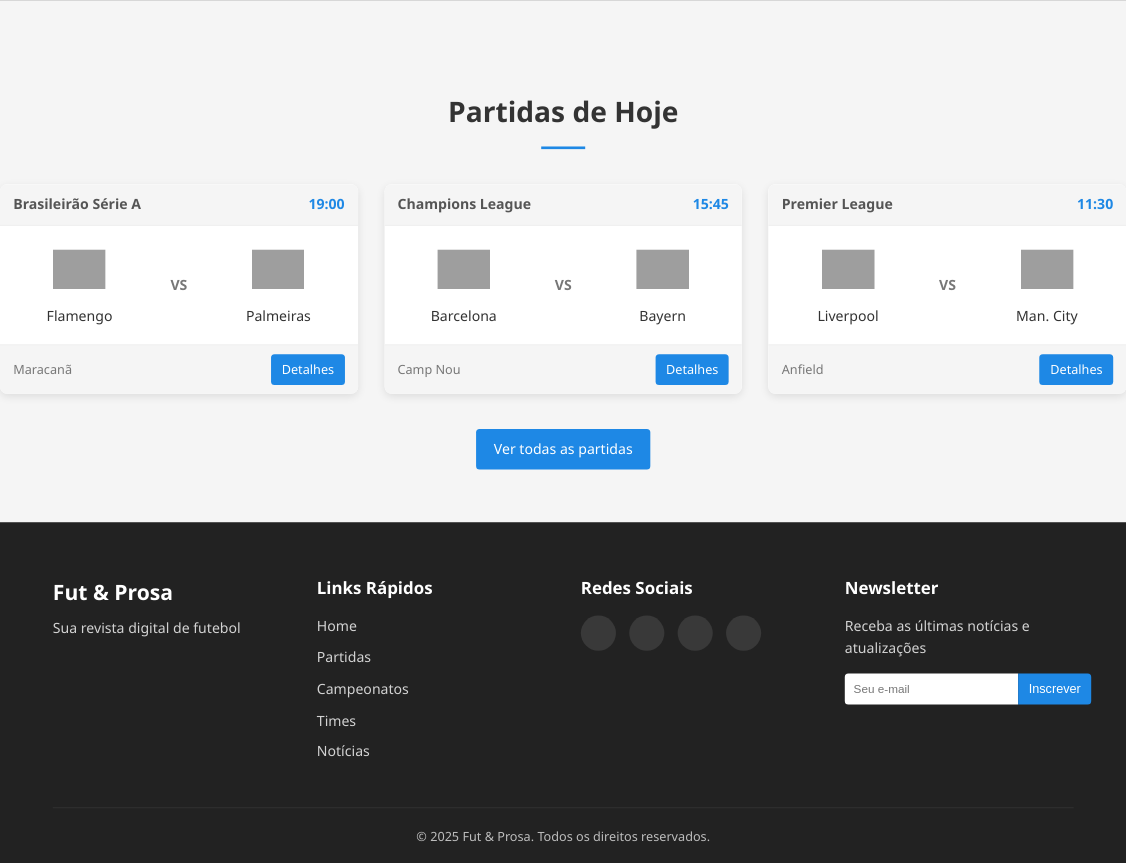
Repository: andreGattermeyer/noticias-futebol-angular
Page: / (app in projeto-fut/)
The author's editor kept a copy of each file at every save. The page is drawn from the files as they stood at one save, then again after the next save.
The browser window is 1280 px wide. The pictures show the part of the page from y = 580 to 1783 px (the page is 1561 px tall before and 1783 px after), at 88% of full size.
Pictures or frames that could not be fetched are drawn as grey boxes. The project was rebuilt for these pictures with package versions that can differ from the ones it lists, and the page was loaded fresh each time. Also part of the build but not shown: projeto-fut/angular.json.

Above is the page before, as saved 2025-04-09 14:43:13.

### projeto-fut/src/index.html
<!doctype html>
<html lang="en">
<head>
  <meta charset="utf-8">
  <title>ProjetoFut</title>
  <base href="/">
  <meta name="viewport" content="width=device-width, initial-scale=1">
  <link rel="icon" type="image/x-icon" href="favicon.ico">
  <link href="https://fonts.googleapis.com/css2?family=Roboto:wght@300;400;500&display=swap" rel="stylesheet">
  <link href="https://fonts.googleapis.com/icon?family=Material+Icons" rel="stylesheet">
</head>
<body class="mat-typography">
  <app-root></app-root>
</body>
</html>

### projeto-fut/src/styles.css
/* You can add global styles to this file, and also import other style files */
* {
  margin: 0;
  padding: 0;
  box-sizing: border-box;
}

body {
  font-family: 'Segoe UI', Tahoma, Geneva, Verdana, sans-serif;
  line-height: 1.6;
  color: #333;
  background-color: #f5f5f5;
}



  a {
    text-decoration: none;
    color: inherit;
  }

  ul {
    list-style: none;
  }

  img {
    max-width: 100%;
  }

  .btn {
    display: inline-block;
    background-color: #1e88e5;
    color: white;
    padding: 10px 20px;
    border-radius: 4px;
    transition: background-color 0.3s;
  }

  .btn:hover {
    background-color: #1565c0;
  }

  .btn-small {
    display: inline-block;
    background-color: #1e88e5;
    color: white;
    padding: 6px 12px;
    border-radius: 4px;
    font-size: 0.9rem;
    transition: background-color 0.3s;
  }

  .btn-small:hover {
    background-color: #1565c0;
  }







  /* Responsive adjustments */
  @media (max-width: 768px) {
    .hero-container {
        height: 400px;
    }

    .hero-overlay h2 {
        font-size: 2.2rem;
    }

    .hero-overlay p {
        font-size: 1rem;
    }
  }

  @media (max-width: 480px) {
    .hero-container {
        height: 350px;
    }

    .hero-overlay h2 {
        font-size: 1.8rem;
    }
  }

  .partidas-hoje {
    padding: 60px 0;
  }

  .partidas-hoje h2, .campeonatos-destaque h2, .noticias-recentes h2 {
    text-align: center;
    margin-bottom: 40px;
    font-size: 2rem;
    color: #333;
    position: relative;
  }

  .partidas-hoje h2:after, .campeonatos-destaque h2:after, .noticias-recentes h2:after {
    content: '';
    display: block;
    width: 50px;
    height: 3px;
    background-color: #1e88e5;
    margin: 15px auto 0;
  }

  .partidas-grid {
    display: grid;
    grid-template-columns: repeat(auto-fill, minmax(300px, 1fr));
    gap: 30px;
  }

  .partida-card {
    background-color: white;
    border-radius: 8px;
    overflow: hidden;
    box-shadow: 0 3px 10px rgba(0, 0, 0, 0.1);
    transition: transform 0.3s;
  }

  .partida-card:hover {
    transform: translateY(-5px);
  }

  .partida-header {
    background-color: #f5f5f5;
    padding: 10px 15px;
    display: flex;
    justify-content: space-between;
    align-items: center;
    border-bottom: 1px solid #eee;
  }

  .campeonato {
    font-weight: bold;
    color: #555;
  }

  .horario {
    color: #1e88e5;
    font-weight: bold;
  }

  .partida-times {
    display: flex;
    justify-content: space-between;
    align-items: center;
    padding: 20px 15px;
  }

  .time {
    display: flex;
    flex-direction: column;
    align-items: center;
    width: 40%;
  }

  .time img {
    width: 60px;
    height: 60px;
    object-fit: contain;
    margin-bottom: 10px;
  }

  .versus {
    font-weight: bold;
    color: #777;
  }

  .partida-footer {
    background-color: #f5f5f5;
    padding: 10px 15px;
    display: flex;
    justify-content: space-between;
    align-items: center;
    border-top: 1px solid #eee;
  }

  .estadio {
    color: #777;
    font-size: 0.9rem;
  }

  .ver-mais {
    text-align: center;
    margin-top: 40px;
  }

  /* Campeonatos Section */
  .campeonatos-destaque {
    padding: 60px 0;
    background-color: #e9f0f7;
  }

  .campeonatos-grid {
    display: grid;
    grid-template-columns: repeat(auto-fill, minmax(250px, 1fr));
    gap: 30px;
  }

  .campeonato-card {
    background-color: white;
    border-radius: 8px;
    overflow: hidden;
    box-shadow: 0 3px 10px rgba(0, 0, 0, 0.1);
    text-align: center;
    padding-bottom: 20px;
    transition: transform 0.3s;
  }

  .campeonato-card:hover {
    transform: translateY(-5px);
  }

  .campeonato-card img {
    width: 100%;
    height: 150px;
    object-fit: cover;
  }

  .campeonato-card h3 {
    margin: 15px 0 10px;
    color: #333;
  }

  .campeonato-card p {
    color: #777;
    font-size: 0.9rem;
    padding: 0 15px;
    margin-bottom: 15px;
  }

  /* Notícias Section */
  .noticias-recentes {
    padding: 60px 0;
  }

  .noticias-grid {
    display: grid;
    grid-template-columns: repeat(auto-fill, minmax(350px, 1fr));
    gap: 30px;
  }

  .noticia-card {
    background-color: white;
    border-radius: 8px;
    overflow: hidden;
    box-shadow: 0 3px 10px rgba(0, 0, 0, 0.1);
    transition: transform 0.3s;
  }

  .noticia-card:hover {
    transform: translateY(-5px);
  }

  .noticia-card img {
    width: 100%;
    height: 200px;
    object-fit: cover;
  }

  .noticia-content {
    padding: 20px;
  }

  .categoria {
    display: inline-block;
    background-color: #1e88e5;
    color: white;
    padding: 3px 10px;
    border-radius: 3px;
    font-size: 0.8rem;
    margin-bottom: 10px;
  }

  .noticia-content h3 {
    margin-bottom: 10px;
    color: #333;
  }

  .noticia-content p {
    color: #777;
    margin-bottom: 15px;
    font-size: 0.95rem;
  }

  /* Footer */


  /* Responsividade */
  @media (max-width: 768px) {
    header .container {
        flex-direction: column;
    }

    .logo {
        margin-bottom: 15px;
        text-align: center;
    }

    nav ul {
        justify-content: center;
    }

    nav ul li {
        margin: 0 10px;
    }

    .hero {
        padding: 60px 0;
    }

    .hero h2 {
        font-size: 2rem;
    }

    .partidas-grid, .campeonatos-grid, .noticias-grid {
        grid-template-columns: 1fr;
    }

    .footer-content {
        grid-template-columns: 1fr;
        text-align: center;
    }

    .social-icons {
        justify-content: center;
    }

    .footer-newsletter form {
        flex-direction: column;
    }

    .footer-newsletter input {
        border-radius: 4px;
        margin-bottom: 10px;
    }

    .footer-newsletter button {
        border-radius: 4px;
    }
  }




  /* Add padding to body to prevent content from hiding behind fixed header */
  body {
    padding-top: 80px; /* Adjust this value based on your header height */
  }

### projeto-fut/src/app/app.component.ts
import { Component } from '@angular/core';
import { RouterOutlet } from '@angular/router';
import { HeaderComponent } from "./header/header.component";
import { FooterComponent } from "./footer/footer.component";
import { HeroComponent } from "./hero/hero.component";
import { PartidasHojeComponent } from "./partidas-hoje/partidas-hoje.component";

@Component({
  selector: 'app-root',
  imports: [RouterOutlet, HeaderComponent, FooterComponent, HeroComponent, PartidasHojeComponent],
  templateUrl: './app.component.html',
  styleUrl: './app.component.css'
})
export class AppComponent {
  title = 'projeto-fut';
}

### projeto-fut/src/app/app.component.html
<div class="container">

<router-outlet>

<app-header/>
<app-hero/>
<app-partidas-hoje/>

<app-footer/>
</router-outlet>

</div>

### projeto-fut/src/app/header/header.component.ts
import { Component } from '@angular/core';
import { RouterOutlet } from '@angular/router';

@Component({
  selector: 'app-header',
  imports: [
    RouterOutlet,

  ],
  templateUrl: './header.component.html',
  styleUrl: './header.component.css'
})
export class HeaderComponent {

}

### projeto-fut/src/app/footer/footer.component.ts
import { Component } from '@angular/core';


@Component({
  selector: 'app-footer',
  imports: [],
  templateUrl: './footer.component.html',
  styleUrl: './footer.component.css'
})
export class FooterComponent {

}

### projeto-fut/src/app/partidas-hoje/partidas-hoje.component.ts
import { Component } from '@angular/core';

@Component({
  selector: 'app-partidas-hoje',
  imports: [],
  templateUrl: './partidas-hoje.component.html',
  styleUrl: './partidas-hoje.component.css'
})
export class PartidasHojeComponent {

}

### projeto-fut/src/app/header/header.component.html

<header>
  <div class="container">
  <div class="logo">
      <h1>Fut & Prosa</h1>
      <p>Sua revista digital de futebol</p>
  </div>
  <nav>
      <ul>
          <li><a href="index.html" class="active">Home</a></li>
          <li><a href="partidas.html">Partidas</a></li>
          <li><a href="campeonatos.html">Campeonatos</a></li>
          <li><a href="times.html">Times</a></li>
          <li><a href="noticias.html">Notícias</a></li>
      </ul>
  </nav>
</div>
</header>

### projeto-fut/src/app/header/header.component.css
header {
  position: fixed;
  top: 0;
  left: 0;
  width: 100%;
  background-color: #1e88e5; /* Changed back to your original blue color */
  color: white;
  box-shadow: 0 2px 10px rgba(0, 0, 0, 0.2);
  z-index: 1000;
  transition: all 0.3s ease;
}

.container {
  max-width: 1200px;
  margin: 0 auto;
  padding: 0 20px;
}

header .container {
  display: flex;
  justify-content: space-between;
  align-items: center;
}

.logo h1 {
  font-size: 1.8rem;
  margin-bottom: 5px;
}

.logo p {
  font-size: 0.9rem;
  opacity: 0.9;
}

nav ul {
  display: flex;
  list-style: none;
}

nav ul li {
  margin-left: 20px;
}

nav ul li a {
  padding: 5px 10px;
  border-radius: 4px;
  transition: background-color 0.3s;

}

nav ul li a:hover, nav ul li a.active {
  background-color: rgba(255, 255, 255, 0.2);
}

### projeto-fut/src/app/footer/footer.component.html
<footer>
  <div class="container">
    <div class="footer-content">
      <div class="footer-logo">
        <h2>Fut & Prosa</h2>
        <p>Sua revista digital de futebol</p>
      </div>
      <div class="footer-links">
        <h3>Links Rápidos</h3>
        <ul>
          <li><a href="index.html">Home</a></li>
          <li><a href="partidas.html">Partidas</a></li>
          <li><a href="campeonatos.html">Campeonatos</a></li>
          <li><a href="times.html">Times</a></li>
          <li><a href="noticias.html">Notícias</a></li>
        </ul>
      </div>
      <div class="footer-social">
        <h3>Redes Sociais</h3>
        <div class="social-icons">
          <a href="#"><i class="fab fa-facebook"></i></a>
          <a href="#"><i class="fab fa-twitter"></i></a>
          <a href="#"><i class="fab fa-instagram"></i></a>
          <a href="#"><i class="fab fa-youtube"></i></a>
        </div>
      </div>
      <div class="footer-newsletter">
        <h3>Newsletter</h3>
        <p>Receba as últimas notícias e atualizações</p>
        <form id="newsletter-form">
          <input type="email" name="email" id="newsletter-email" placeholder="Seu e-mail" required>
          <button type="submit" class="btn-small">Inscrever</button>
        </form>
        <div id="newsletter-message"></div>
      </div>
    </div>
    <div class="footer-bottom">
      <p>&copy; 2025 Fut & Prosa. Todos os direitos reservados.</p>
    </div>
  </div>
</footer>

### projeto-fut/src/app/footer/footer.component.css
footer {
  background-color: #222;
  color: white;
  padding: 60px 0 20px;
}

.footer-content {
  display: grid;
  grid-template-columns: repeat(auto-fit, minmax(200px, 1fr));
  gap: 40px;
  margin-bottom: 40px;
}

.footer-logo h2 {
  font-size: 1.5rem;
  margin-bottom: 10px;
}

.footer-logo p {
  opacity: 0.8;
}

.footer-links h3, .footer-social h3, .footer-newsletter h3 {
  margin-bottom: 15px;
  font-size: 1.2rem;
}

.footer-links ul li {
  margin-bottom: 10px;

}

.footer-links ul li a {
  opacity: 0.8;
  transition: opacity 0.3s;
  text-decoration: none;
}

.footer-links ul li a:hover {
  opacity: 1;
}

.social-icons {
  display: flex;
  gap: 15px;
}

.social-icons a {
  display: inline-block;
  width: 40px;
  height: 40px;
  background-color: rgba(255, 255, 255, 0.1);
  border-radius: 50%;
  display: flex;
  align-items: center;
  justify-content: center;
  transition: background-color 0.3s;
}

.social-icons a:hover {
  background-color: #1e88e5;
}

.footer-newsletter p {
  margin-bottom: 15px;
  opacity: 0.8;
}

.footer-newsletter form {
  display: flex;
}

.footer-newsletter input {
  flex: 1;
  padding: 10px;
  border: none;
  border-radius: 4px 0 0 4px;
}

.footer-newsletter button {
  border: none;
  border-radius: 0 4px 4px 0;
  cursor: pointer;

}

.footer-bottom {
  text-align: center;
  padding-top: 20px;
  border-top: 1px solid rgba(255, 255, 255, 0.1);
  opacity: 0.7;
  font-size: 0.9rem;
}

.container {
  max-width: 1200px;
  margin: 0 auto;
  padding: 0 20px;
}

### projeto-fut/src/app/hero/hero.component.html
<section class="hero">
  <div class="hero-container">
      <img src="/projeto-fut/public/assets/aleatorio/foto-campo-01.jpg" alt="Campo de futebol" class="hero-image">
      <div class="hero-overlay">
          <h2>Acompanhe o melhor do futebol</h2>
          <p>Partidas, campeonatos, escalações e análises completas</p>
          <a href="partidas.html" class="btn">Ver partidas de hoje</a>
      </div>
  </div>
</section>

### projeto-fut/src/app/hero/hero.component.css
.hero {
  width: 100%;
  margin-bottom: 40px;
}

.hero-container {
  position: relative;
  width: 100%;
  height: 500px;
  overflow: hidden;
}

.hero-image {
  width: 100%;
  height: 100%;
  object-fit: cover;
}

.hero-overlay {
  position: absolute;
  top: 0;
  left: 0;
  width: 100%;
  height: 100%;
  background: rgba(0, 0, 0, 0.6);
  display: flex;
  flex-direction: column;
  justify-content: center;
  align-items: center;
  text-align: center;
  color: white;
  padding: 0 20px;
}

.hero-overlay h2 {
  font-size: 2.8rem;
  margin-bottom: 20px;
  text-shadow: 2px 2px 4px rgba(0, 0, 0, 0.5);
}

.hero-overlay p {
  font-size: 1.2rem;
  margin-bottom: 30px;
  max-width: 700px;
  text-shadow: 1px 1px 3px rgba(0, 0, 0, 0.5);
}

.hero-overlay .btn {
  padding: 12px 30px;
  font-size: 1.1rem;
  background-color: #1e88e5;
  color: white;
  text-decoration: none;
  border-radius: 4px;
  transition: all 0.3s ease;
}

.hero-overlay .btn:hover {
  background-color: #1565c0;
  transform: translateY(-3px);
  box-shadow: 0 5px 15px rgba(0, 0, 0, 0.2);
}

### projeto-fut/src/app/partidas-hoje/partidas-hoje.component.html
<section class="partidas-hoje">
  <div class="container">
      <h2>Partidas de Hoje</h2>
      <div class="partidas-grid">
          <div class="partida-card">
              <div class="partida-header">
                  <span class="campeonato">Brasileirão Série A</span>
                  <span class="horario">19:00</span>
              </div>
              <div class="partida-times">
                  <div class="time">
                      <img src="img/flamengo.png" alt="Flamengo">
                      <span>Flamengo</span>
                  </div>
                  <div class="versus">VS</div>
                  <div class="time">
                      <img src="img/palmeiras.png" alt="Palmeiras">
                      <span>Palmeiras</span>
                  </div>
              </div>
              <div class="partida-footer">
                  <span class="estadio">Maracanã</span>
                  <a href="partida-detalhe.html" class="btn-small">Detalhes</a>
              </div>
          </div>

          <div class="partida-card">
              <div class="partida-header">
                  <span class="campeonato">Champions League</span>
                  <span class="horario">15:45</span>
              </div>
              <div class="partida-times">
                  <div class="time">
                      <img src="img/barcelona.png" alt="Barcelona">
                      <span>Barcelona</span>
                  </div>
                  <div class="versus">VS</div>
                  <div class="time">
                      <img src="img/bayern.png" alt="Bayern">
                      <span>Bayern</span>
                  </div>
              </div>
              <div class="partida-footer">
                  <span class="estadio">Camp Nou</span>
                  <a href="partida-detalhe.html" class="btn-small">Detalhes</a>
              </div>
          </div>

          <div class="partida-card">
              <div class="partida-header">
                  <span class="campeonato">Premier League</span>
                  <span class="horario">11:30</span>
              </div>
              <div class="partida-times">
                  <div class="time">
                      <img src="img/liverpool.png" alt="Liverpool">
                      <span>Liverpool</span>
                  </div>
                  <div class="versus">VS</div>
                  <div class="time">
                      <img src="img/mancity.png" alt="Man. City">
                      <span>Man. City</span>
                  </div>
              </div>
              <div class="partida-footer">
                  <span class="estadio">Anfield</span>
                  <a href="partida-detalhe.html" class="btn-small">Detalhes</a>
              </div>
          </div>
      </div>
      <div class="ver-mais">
          <a href="partidas.html" class="btn">Ver todas as partidas</a>
      </div>
  </div>
</section>

Loaded but not shown: projeto-fut/src/main.ts (common file); projeto-fut/src/app/app.config.ts (common file); projeto-fut/src/app/app.routes.ts (common file); projeto-fut/src/app/hero/hero.component.ts (common file); projeto-fut/src/app/app.component.css (no stored copy; drawn as an empty file); projeto-fut/src/app/partidas-hoje/partidas-hoje.component.css (no stored copy; drawn as an empty file)

After the next save:
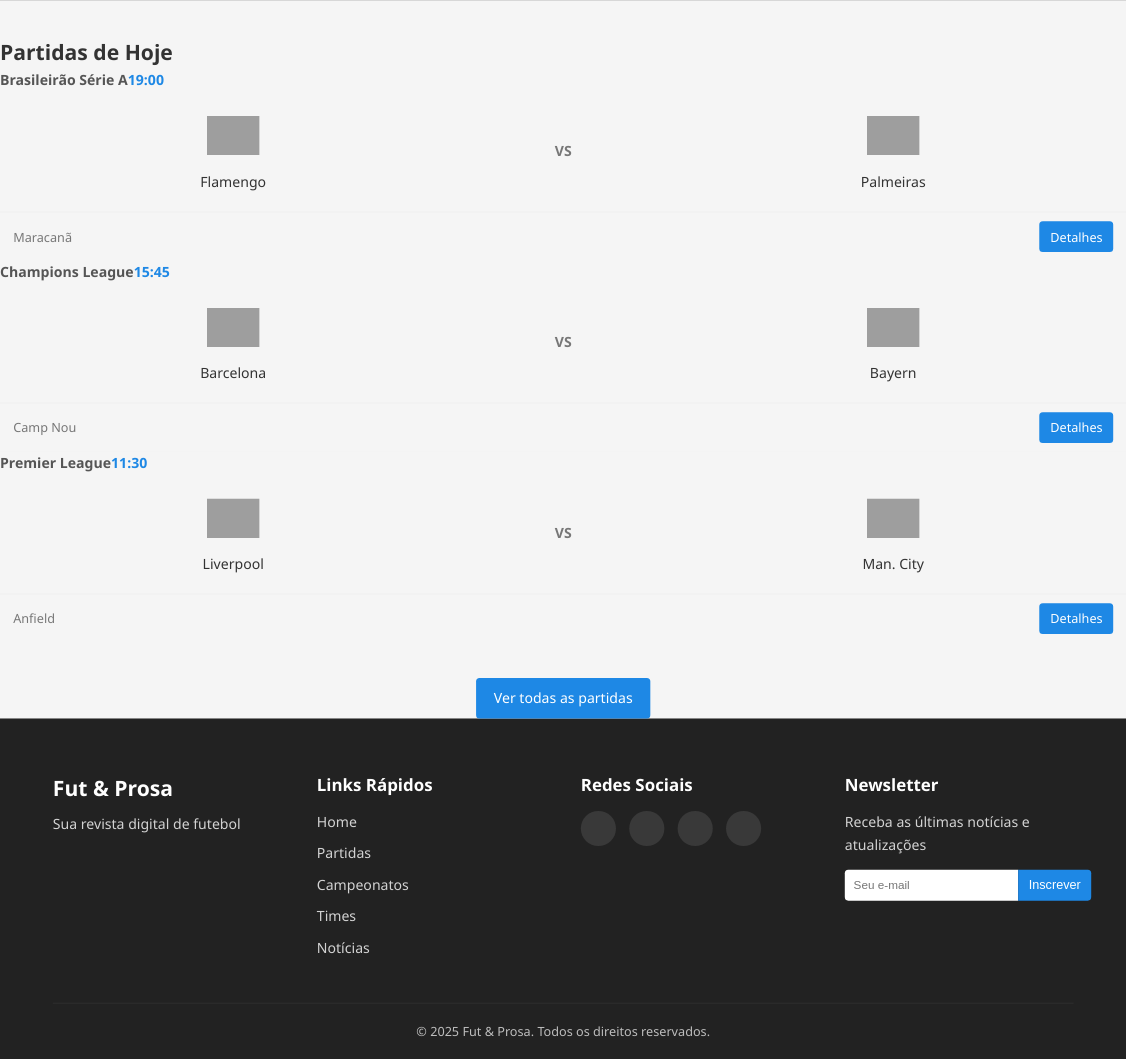
Saved 68 s later.
--- a/projeto-fut/src/styles.css
+++ b/projeto-fut/src/styles.css
@@ -85,53 +85,7 @@
     }
   }
 
-  .partidas-hoje {
-    padding: 60px 0;
-  }
-
-  .partidas-hoje h2, .campeonatos-destaque h2, .noticias-recentes h2 {
-    text-align: center;
-    margin-bottom: 40px;
-    font-size: 2rem;
-    color: #333;
-    position: relative;
-  }
-
-  .partidas-hoje h2:after, .campeonatos-destaque h2:after, .noticias-recentes h2:after {
-    content: '';
-    display: block;
-    width: 50px;
-    height: 3px;
-    background-color: #1e88e5;
-    margin: 15px auto 0;
-  }
-
-  .partidas-grid {
-    display: grid;
-    grid-template-columns: repeat(auto-fill, minmax(300px, 1fr));
-    gap: 30px;
-  }
-
-  .partida-card {
-    background-color: white;
-    border-radius: 8px;
-    overflow: hidden;
-    box-shadow: 0 3px 10px rgba(0, 0, 0, 0.1);
-    transition: transform 0.3s;
-  }
-
-  .partida-card:hover {
-    transform: translateY(-5px);
-  }
-
-  .partida-header {
-    background-color: #f5f5f5;
-    padding: 10px 15px;
-    display: flex;
-    justify-content: space-between;
-    align-items: center;
-    border-bottom: 1px solid #eee;
-  }
+
 
   .campeonato {
     font-weight: bold;
